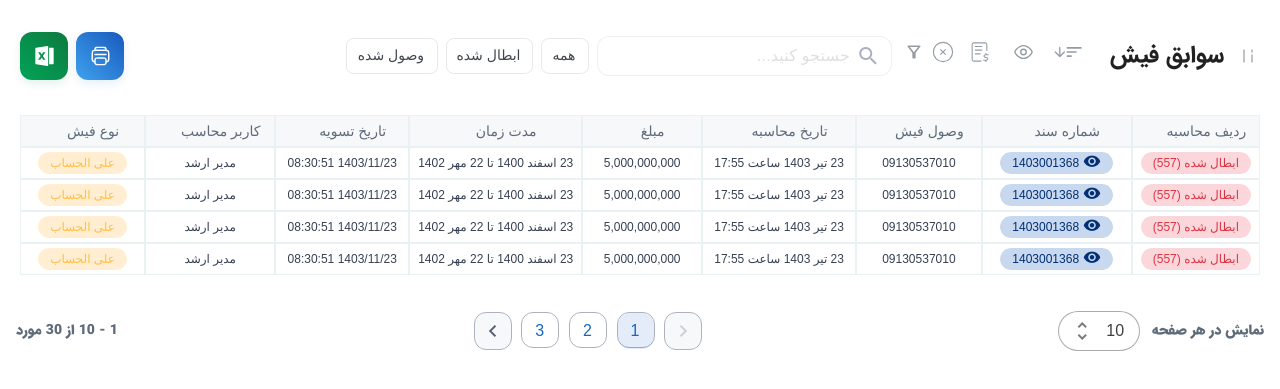
Repository: mobinazarein/data-table
Page: /
An editor plug-in stored every save of this project. The page is shown before and after the next save, followed by the edit.
The browser window is 1280 px wide. The pictures show the whole page.
Some web fonts or font styles are not loaded; a fallback is used. The project was rebuilt for these pictures with package versions that can differ from the ones it lists, and the page was loaded fresh each time. Also part of the build but not shown: vue.config.js.

Above is the page before, as saved 2025-03-26 10:38:37.

### public/index.html
<!DOCTYPE html>
<html lang="en" dir="rtl">
  <head>
    <meta charset="utf-8">
    <meta http-equiv="X-UA-Compatible" content="IE=edge">
    <meta name="viewport" content="width=device-width,initial-scale=1.0">
    <link rel="icon" href="<%= BASE_URL %>favicon.ico">
    <title><%= htmlWebpackPlugin.options.title %></title>
  </head>
  <body>
    <noscript>
      <strong>We're sorry but <%= htmlWebpackPlugin.options.title %> doesn't
        work properly without JavaScript enabled. Please enable it to
        continue.</strong>
    </noscript>
    <div id="app"></div>
    <!-- built files will be auto injected -->
  </body>
</html>

### src/assets/base.scss
// @import "./styles/fonts";

*,
*::before,
*::after {
  box-sizing: border-box;
  margin: 0;
  font-weight: normal;
  font-family: "IRANSans", sans-serif;
  letter-spacing: 0;
}

body {
  font-family: "IRANSans", sans-serif !important;
}
h1,
h2 {
  font-family: "IRANSans", sans-serif;
  font-weight: 700;
}
p {
  font-family: "IRANSans", sans-serif;
  font-weight: 400;
}
.v-field.v-field--center-affix.v-field--prepended.v-field--variant-outlined.v-theme--light.v-locale--is-rtl {
  border-radius: 12px !important;
}

### src/components/DataTable.vue
<template>
  <v-container fluid>
    <!-- desktop -->
    <v-row class="align-center py-3 px-1 d-none d-md-flex" no-gutters>
      <v-col cols="12" md="10" class="d-flex align-center  justify-start">
        <div class="d-flex align-center gap-24 justify-start">
          <div class="d-flex align-center text-nowrap">
            <component :is="iconComponent" />
            <h2 class="mr-3 ml-5 text-nowrap " style="white-space: nowrap;">{{ title }}</h2>
          </div>
          <!-- <PaginationIcon class="mx-1" />
          <EyeIcon class="mx-1" />
          <InvoiceIcon class="mx-1 ml-2" />
          <CircleCross class="mx-1 ml-2" />
          <FilterIcon class="mx-1" /> -->
          <div v-for="(icon, index) in iconList" :key="index">
            <component v-if="icon" :is="icon" class="mx-1" />
          </div>
          <v-text-field v-if="showSearchBtn" variant="outlined" density="compact" hide-details
            class="custom-text-field mx-2" label="جستجو کنید..." prepend-inner-icon="mdi-magnify" width="295.6875px" />
          <!-- <v-btn variant="outlined" color="gray" class="rounded-lg ml-2 filter-btn"
            style="max-width: 48px;min-width: 48px;font-size: 14px !important;">همه</v-btn>
          <v-btn variant="outlined" color="gray" class="ml-2 rounded-lg filter-btn"
            style="max-width: 87px;min-width: 87px;font-size: 14px !important;">ابطال شده</v-btn>
          <v-btn variant="outlined" color="gray" class="ml-2 rounded-lg filter-btn px-3"
            style="max-width: 92px;min-width: 92px;font-size: 14px !important;">وصول شده</v-btn> -->
          <v-btn v-for="(button, index) in buttons" :key="index" variant="outlined" color="gray"
            class="ml-2 rounded-lg filter-btn"
            :style="{ maxWidth: button.width + 'px', minWidth: button.width + 'px', fontSize: button.fontSize, borderRadius: button.borderRadius }">
            {{ button.label }}
          </v-btn>
        </div>
      </v-col>
      <v-col cols="auto" md="2" class="d-flex align-center justify-end" v-if="props.showExportButtons">
        <v-btn icon variant="flat" class="ml-2 printer-btn">
          <PrinterIcon />
        </v-btn>
        <v-btn icon variant="flat" class="excel-btn">
          <ExcelIcon />
        </v-btn>
      </v-col>
    </v-row>
    <!-- mobile-->
    <v-row class="align-center d-flex d-md-none flex-no-wrap justify-between ">
      <v-col cols="12" class="d-flex align-center flex-no-wrap">
        <v-row no-gutters>
          <v-col cols="12">
            <div class="d-flex justify-space-between gap-8">
              <h2 class="text-nowrap " style="font-size: 20px; font-weight: 700;">{{ title }}</h2>
              <div class="d-flex">
                <v-btn variant="outlined"
                  style="max-width: 44px !important;min-width:44px !important;height: 40px !important;font-size: 12px;font-weight: 400;border-radius: 62px !important;"
                  color="gray" class="rounded-xl px-4 ml-2 filter-btn">همه</v-btn>
                <v-btn variant="outlined"
                  style="max-width: 80px !important;min-width:74px !important;height: 40px !important;font-size: 12px;font-weight: 400;border-radius: 42px !important;"
                  color="gray" class="ml-2 rounded-xl px-4 filter-btn">ابطال شده</v-btn>
                <v-btn variant="outlined" color="gray" class=" rounded-xl px-4 filter-btn ml-1"
                  style="max-width: 89px !important;min-width:77px !important;height: 40px !important;font-size: 12px;font-weight: 400;border-radius: 42px !important;">وصول
                  شده</v-btn>
                <!-- <v-btn v-for="(button, index) in buttons" :key="index" variant="outlined" color="gray"
            class="ml-2 rounded-lg filter-btn"
            :style="{ maxWidth: button.width + 'px', minWidth: button.width + 'px', fontSize: button.fontSize, borderRadius: button.borderRadius }">
            {{ button.label }}
          </v-btn> -->
              </div>
            </div>
          </v-col>
        </v-row>
      </v-col>
      <v-col cols="12" class="d-flex justify-center">
        <div class="d-flex flex-column ">
          <div class="gap-8 d-flex justify-space-between flex-wrap">
            <PaginationIcon class="mx-1" />
            <EyeIcon class="mx-1" />
            <InvoiceIcon class="mx-1" />
            <CircleCross class="mx-1 mt-3 mr-3" />
            <FilterIcon class="mx-1 mt-3 mr-3" />
            <PrinterIcon iconColor="#767E8A" class="mx-1 mt-3 mr-3" />
            <ExcelIcon iconColor="#767E8A" class="mx-1 mt-3 mr-3  ml-5" />
          </div>
          <v-text-field width="341px" variant="outlined" hide-details class="custom-text-field mx-2"
            label="جستجو کنید..." prepend-inner-icon="mdi-magnify" v-if="showSearchBtn" />
        </div>
      </v-col>
    </v-row>
    <v-row no-gutters class="px-1">
      <v-col cols="12" md="12" class="mt-5">
        <v-data-table :headers="headers" :items="items" :items-per-page="props.itemsPerPage" hide-default-footer>
          <template v-for="column in props.customStyles" #[`item.${column.key}`]="{ item }" :key="column.key">
            <v-chip
              :style="{ backgroundColor: column.bgColor, color: column.textColor, height: '22px', fontSize: '12px', cursor: column.icon ? 'pointer' : 'default' }"
              class="font-weight-bold">
              <v-icon v-if="column.icon" :color="column.iconColor" :size="column.iconSize" class="ml-1 mb-1">
                {{ column.icon }}
              </v-icon>
              {{ item[column.key] }}
            </v-chip>
          </template>
        </v-data-table>
      </v-col>
    </v-row>
    <v-row class="justify-space-between d-md-none align-center px-1 mt-8 ">
      <div class="d-flex align-center ">
        <p class="footer-text">نمایش در هر صفحه</p>
        <v-select v-model="itemsPerPage" :items="[10, 20, 50]" density="compact" variant="outlined" rounded="pill"
          class="custom-select mr-3" hide-details menu-icon="mdi-unfold-more-horizontal"></v-select>
      </div>
      <div class="footer-middle">
        <span class="footer-text"> {{ startIndex }} - {{ endIndex }} از {{ totalItems }} مورد </span>
      </div>
      <div class="mt-5" style="margin-left: auto; margin-right: auto;">
        <v-pagination v-model="page" :length="totalPages" total-visible="5" rounded density="comfortable"
          color="primary" class="custom-pagination"></v-pagination>
      </div>
    </v-row>
    <v-row class="justify-space-between d-none d-md-flex align-center px-3 mt-8">
      <div class="d-flex align-center ">
        <p class="footer-text">نمایش در هر صفحه</p>
        <v-select v-model="itemsPerPage" :items="[10, 20, 50]" density="compact" variant="outlined" rounded="pill"
          class="custom-select mr-3" hide-details menu-icon="mdi-unfold-more-horizontal"></v-select>
      </div>
      <div class="footer-right">
        <v-pagination v-model="page" :length="totalPages" total-visible="5" rounded density="comfortable"
          color="primary" class="custom-pagination"></v-pagination>
      </div>
      <div class="footer-middle">
        <span class="footer-text"> {{ startIndex }} - {{ endIndex }} از {{ totalItems }} مورد </span>
      </div>
    </v-row>
  </v-container>
</template>
<script setup>
import PaginationIcon from '@/assets/Icons/PaginationIcon.vue';
import EyeIcon from '@/assets/Icons/EyeIcon.vue';
import InvoiceIcon from '@/assets/Icons/InvoiceIcon.vue';
import CircleCross from '@/assets/Icons/CircleCross.vue';
import FilterIcon from '@/assets/Icons/FilterIcon.vue';
import PrinterIcon from '@/assets/Icons/PrinterIcon.vue';
import ExcelIcon from '@/assets/Icons/ExcelIcon.vue';
import { ref, computed } from 'vue';
import { defineProps } from 'vue';
const props = defineProps({
  itemsPerPage: {
    type: Number,
    default: 10,
  },
  showExportButtons: {
    type: Boolean,
    default: true,
  },
  showSearchBtn: {
    type: Boolean,
    default: true
  },
  customStyles: { type: Array, default: () => [] },
  customIcon: { type: Array, default: () => [] },
  headers: { type: Array, required: true },
  items: { type: Array, required: true },
  title: {
    type: String,
    required: true
  },
  iconComponent: {
    type: [String, Object],
    required: true
  },
  iconList: {
    type: Array,
    required: true
  },
  buttons: {
    type: Array,
    required: true,
    default: () => [
      { label: "همه", width: 48 },
      { label: "ابطال شده", width: 87 },
      { label: "وصول شده", width: 92 }
    ]
  }
});
const page = ref(1);
const totalItems = ref(30);
const itemsPerPage = ref(props.itemsPerPage);
const totalPages = computed(() => Math.ceil(totalItems.value / itemsPerPage.value));
const startIndex = computed(() => (page.value - 1) * itemsPerPage.value + 1);
const endIndex = computed(() => Math.min(page.value * itemsPerPage.value, totalItems.value));
</script>
<style>
.custom-text-field :deep(.v-input__control) {
  height: 38px;
}

.excel-btn {
  background: linear-gradient(45deg, #02A357, #0D7A40) !important;
  color: white !important;
  border-radius: 12px !important;
  box-shadow: 0px 4px 10px #0A88481A !important;
  width: 48px !important;
  height: 48px !important;
}

.printer-btn {
  border-radius: 12px !important;
  box-shadow: 0px 4px 10px #216BCA1A !important;
  background: linear-gradient(45deg, #3FA2ED, #1859BD) !important;
  color: white !important;
  width: 48px !important;
  height: 48px !important;
}

.filter-btn:hover,
.filter-btn:focus,
.filter-btn.v-btn--active {
  background-color: #B8DADA !important;
  color: #148976 !important;
  border-color: #148976 !important;
}

.v-field__prepend-inner {
  color: #737993;
}

label.v-label.v-field-label {
  color: #C7CACF;
}

.v-field.v-field--center-affix.v-field--prepended.v-field--variant-outlined.v-theme--light.v-locale--is-rtl {
  color: #77787f4d;
}

.filter-btn {
  border-color: #AEB2C04D !important;
  color: #40474F !important;
  line-height: 180% !important;
  padding: 0px 12px !important;
}

/* .v-table__wrapper {
  overflow: hidden;
} */
.v-data-table thead {
  background-color: #F6F8FA !important;
  width: 138.41665649414062px;
  height: 32px !important;
}

.v-data-table thead th {
  height: 32px !important;
  color: #5F6B7A !important;
  font-weight: 700 !important;
  border: 1px solid #EAF1F2 !important;
  padding: 0 8px !important;
}

.v-data-table tbody tr td {
  height: 32px !important;
  color: #364153 !important;
  font-weight: 500 !important;
  border: 1px solid #EAF1F2 !important;
  white-space: nowrap !important;
  overflow: hidden !important;
  text-overflow: ellipsis !important;
  height: 32px !important;
  padding: 0 8px !important;
  font-size: 12px !important;
  padding: 0 8px !important;
  font-weight: 400 !important;
}

.v-data-table tbody tr {
  height: 32px !important;
}

td.v-data-table__td.v-data-table-column--align-center {
  font-size: 12px !important;
  height: 32px !important
}

th {
  white-space: nowrap;
}

.footer-text {
  color: #5F6B7A;
  font-size: 14px;
  font-weight: 500;
}

.custom-select {
  max-width: 90px;
}

.custom-pagination {
  --v-pagination-height: 40px;
}

.custom-pagination .v-pagination__item {
  border-radius: 12px !important;
  min-width: 36px !important;
  height: 36px !important;
  font-size: 14px !important;
  color: #5B6176 !important;
  border: 1px solid #AEB2C0 !important;
}

.custom-pagination .v-pagination__item--active {
  border-radius: 12px !important;
  min-width: 36px !important;
  height: 36px !important;
  background-color: #B8DADA !important;
  color: #148976 !important;
  border: 1px solid #148976 !important;
  font-weight: bold !important;
  box-shadow: none !important;
}

button.v-btn.v-btn--icon.v-theme--light.text-primary.v-btn--density-comfortable.v-btn--rounded.v-btn--size-default.v-btn--variant-text {
  border-radius: 12px !important;
}

.custom-pagination .v-pagination__prev,
.custom-pagination .v-pagination__next {
  border-radius: 12px !important;
  background-color: #F6F8FA !important;
  color: #5B6176 !important;
  border: 1px solid #AEB2C0 !important;
}

.mdi-chevron-right::before {
  color: #5B6176 !important;
}

.mdi-chevron-left::before {
  color: #5B6176 !important;
}

.custom-pagination .v-pagination__prev:hover,
.custom-pagination .v-pagination__next:hover,
.custom-pagination .v-pagination__prev:focus,
.custom-pagination .v-pagination__next:focus,
.custom-pagination .v-pagination__prev.v-pagination__item--active,
.custom-pagination .v-pagination__next.v-pagination__item--active {
  border: 1px solid #148976 !important;
  color: #148976 !important;
}

.custom-pagination .v-pagination__item--active,
.custom-pagination .v-pagination__item:focus {
  border-radius: 12px !important;
  min-width: 36px !important;
  height: 36px !important;
  background-color: #D8EEF2 !important;
  color: #148976 !important;
  border: 1px solid #148976 !important;
  font-weight: bold !important;
}

.custom-pagination .v-pagination__item:hover {
  border: 1px solid #148976 !important;
  color: #148976 !important;
}

.custom-pagination .v-pagination__prev:hover,
.custom-pagination .v-pagination__next:hover {
  border: 1px solid #148976 !important;
  color: #148976 !important;
}

.footer-middle {
  font-size: 14px;
  color: #5F6B7A;
  font-weight: 500;
}
</style>

### src/assets/Icons/PauseIcon.vue
<template>
    <svg width="24" height="24" viewBox="0 0 24 24" fill="none" xmlns="http://www.w3.org/2000/svg">
        <path d="M8 6V18M16 6V8M16 18V11" stroke="#ADB0B4" stroke-width="1.5" stroke-linecap="round"
            stroke-linejoin="round" />
    </svg>
</template>

### src/assets/Icons/PaginationIcon.vue
<template>
    <svg width="36" height="48" viewBox="0 0 36 48" fill="none" xmlns="http://www.w3.org/2000/svg">
<path d="M9.79481 19.4529V28.5469M9.79481 28.5469L14.3418 23.9999M9.79481 28.5469L5.2478 23.9999" stroke="#969CA6" stroke-width="1.29915" stroke-linecap="round" stroke-linejoin="round"/>
<path d="M16.7693 28.9231H21.6924V27.282H16.7693V28.9231ZM16.7693 19.0769V20.7179H31.5385V19.0769H16.7693ZM16.7693 24.8205H26.6154V23.1795H16.7693V24.8205Z" fill="#969CA6"/>
</svg>
</template>

### src/assets/Icons/EyeIcon.vue
<template>
    <svg width="37" height="48" viewBox="0 0 37 48" fill="none" xmlns="http://www.w3.org/2000/svg">
<path d="M18.5 17.5833C21.4713 17.5833 24.0781 19.7396 25.7446 21.5522C26.4843 22.3568 26.8542 22.7591 26.979 23.5925C27.0096 23.7966 27.0096 24.2033 26.979 24.4073C26.8542 25.2407 26.4843 25.643 25.7446 26.4477C24.0781 28.2603 21.4713 30.4166 18.5 30.4166C15.5288 30.4166 12.922 28.2603 11.2555 26.4477C10.5158 25.643 10.1459 25.2407 10.0211 24.4073C9.99049 24.2033 9.99049 23.7966 10.0211 23.5925C10.1459 22.7591 10.5158 22.3568 11.2555 21.5522C12.922 19.7396 15.5288 17.5833 18.5 17.5833Z" stroke="#969CA6" stroke-width="1.375" stroke-linejoin="round"/>
<path d="M21.25 24C21.25 25.5188 20.0188 26.75 18.5 26.75C16.9812 26.75 15.75 25.5188 15.75 24C15.75 22.4812 16.9812 21.25 18.5 21.25C20.0188 21.25 21.25 22.4812 21.25 24Z" stroke="#969CA6" stroke-width="1.375" stroke-linejoin="round"/>
</svg>
</template>

### src/assets/Icons/InvoiceIcon.vue
<template>
    <svg width="35" height="48" viewBox="0 0 35 48" fill="none" xmlns="http://www.w3.org/2000/svg">
<path d="M26.6666 26.1999H23.9166V27.2999H26.6666V26.1999ZM23.9166 26.1999H23.4583V27.2999H23.9166V26.1999ZM23.4583 30.0499H24.375V28.9499H23.4583V30.0499ZM24.375 31.6999H23.9166V32.7999H24.375V31.6999ZM23.9166 31.6999H21.1666V32.7999H23.9166V31.6999ZM25.2 30.8749C25.2 31.3306 24.8306 31.6999 24.375 31.6999V32.7999C25.4381 32.7999 26.3 31.9381 26.3 30.8749H25.2ZM24.375 30.0499C24.8306 30.0499 25.2 30.4193 25.2 30.8749H26.3C26.3 29.8118 25.4381 28.9499 24.375 28.9499V30.0499ZM21.5333 28.1249C21.5333 29.1881 22.3951 30.0499 23.4583 30.0499V28.9499C23.0027 28.9499 22.6333 28.5806 22.6333 28.1249H21.5333ZM23.4583 26.1999C22.3951 26.1999 21.5333 27.0618 21.5333 28.1249H22.6333C22.6333 27.6693 23.0027 27.2999 23.4583 27.2999V26.1999ZM24.4666 26.7499V24.9166H23.3666V26.7499H24.4666ZM23.3666 32.2499V34.0833H24.4666V32.2499H23.3666ZM13.8333 15.3833H21.1666V14.2833H13.8333V15.3833ZM19.3333 32.6166H13.8333V33.7166H19.3333V32.6166ZM10.7166 29.4999V18.4999H9.61663V29.4999H10.7166ZM13.8333 32.6166C12.9535 32.6166 12.349 32.6154 11.8949 32.5544C11.4567 32.4954 11.2418 32.39 11.0925 32.2407L10.3147 33.0185C10.7024 33.4062 11.1881 33.5692 11.7483 33.6446C12.2928 33.7178 12.9846 33.7166 13.8333 33.7166V32.6166ZM9.61663 29.4999C9.61663 30.3486 9.61546 31.0405 9.68865 31.5849C9.76397 32.1451 9.92698 32.6308 10.3147 33.0185L11.0925 32.2407C10.9432 32.0914 10.8378 31.8766 10.7788 31.4383C10.7178 30.9842 10.7166 30.3797 10.7166 29.4999H9.61663ZM21.1666 15.3833C22.0464 15.3833 22.6509 15.3844 23.105 15.4455C23.5433 15.5044 23.7582 15.6099 23.9074 15.7591L24.6852 14.9813C24.2975 14.5936 23.8118 14.4306 23.2516 14.3553C22.7072 14.2821 22.0153 14.2833 21.1666 14.2833V15.3833ZM25.3833 18.4999C25.3833 17.6512 25.3845 16.9594 25.3113 16.415C25.2359 15.8547 25.0729 15.369 24.6852 14.9813L23.9074 15.7591C24.0567 15.9084 24.1622 16.1233 24.2211 16.5615C24.2821 17.0156 24.2833 17.6201 24.2833 18.4999H25.3833ZM13.8333 14.2833C12.9846 14.2833 12.2928 14.2821 11.7483 14.3553C11.1881 14.4306 10.7024 14.5936 10.3147 14.9813L11.0925 15.7591C11.2418 15.6099 11.4567 15.5044 11.8949 15.4455C12.349 15.3844 12.9535 15.3833 13.8333 15.3833V14.2833ZM10.7166 18.4999C10.7166 17.6201 10.7178 17.0156 10.7788 16.5615C10.8378 16.1233 10.9432 15.9084 11.0925 15.7591L10.3147 14.9813C9.92698 15.369 9.76397 15.8547 9.68865 16.415C9.61546 16.9594 9.61663 17.6512 9.61663 18.4999H10.7166ZM24.2833 18.4999V23.0833H25.3833V18.4999H24.2833ZM12.9166 19.0499H20.25V17.9499H12.9166V19.0499ZM12.9166 22.7166H20.25V21.6166H12.9166V22.7166ZM12.9166 26.3833H18.4166V25.2833H12.9166V26.3833Z" fill="#969CA6"/>
</svg>
</template>

### src/assets/Icons/CircleCross.vue
<template>
    <svg width="22" height="22" viewBox="0 0 21 20" fill="none" xmlns="http://www.w3.org/2000/svg">
        <path
            d="M7.90736 7.40719L13.0928 12.5926M13.0927 7.40719L7.90726 12.5926M19.6667 9.99992C19.6667 15.0625 15.5627 19.1666 10.5 19.1666C5.43743 19.1666 1.33337 15.0625 1.33337 9.99992C1.33337 4.93731 5.43743 0.833252 10.5 0.833252C15.5627 0.833252 19.6667 4.93731 19.6667 9.99992Z"
            stroke="#969CA6" stroke-width="1.1" />
    </svg>
</template>

### src/assets/Icons/FilterIcon.vue
<template>
    <svg width="20" height="20" viewBox="0 0 20 20" fill="none" xmlns="http://www.w3.org/2000/svg">
<path d="M5.90159 5.07682H14.1067L9.99595 10.246L5.90159 5.07682ZM3.64518 4.75682C5.30262 6.88194 8.36313 10.8204 8.36313 10.8204V15.7435C8.36313 16.1948 8.73236 16.564 9.18364 16.564H10.8247C11.276 16.564 11.6452 16.1948 11.6452 15.7435V10.8204C11.6452 10.8204 14.6975 6.88194 16.3549 4.75682C16.7734 4.21528 16.3877 3.43579 15.7067 3.43579H4.29339C3.61236 3.43579 3.22672 4.21528 3.64518 4.75682Z" fill="#969CA6"/>
</svg>
</template>

### src/assets/styles/_fonts.scss
@font-face {
  font-family: "IRANSans";
  src: url("/public/fonts/IRANSans.woff2") format("woff2");
  font-weight: 400;
  font-style: normal;
  font-display: swap;
}

@font-face {
  font-family: "IRANSans";
  src: url("/public/fonts/IRANSans_Black.woff2") format("woff2");
  font-weight: 500;
  font-style: normal;
  font-display: swap;
}

@font-face {
  font-family: "IRANSans";
  src: url("/public/fonts/IRANSans_Bold.woff2") format("woff2");
  font-weight: 800;
  font-style: normal;
  font-display: swap;
}

### src/assets/Icons/PrinterIcon.vue
<template>
    <svg
      width="23"
      height="24"
      viewBox="0 0 23 24"
      fill="none"
      xmlns="http://www.w3.org/2000/svg"
      :style="{ color: iconColor }"
    >
      <path
        d="M6 10.5641H17M6 17.7447V17.7447C5.66891 17.7447 5.50337 17.7447 5.36418 17.7283C4.26359 17.599 3.39569 16.7311 3.26636 15.6305C3.25 15.4913 3.25 15.3257 3.25 14.9947V10.5641C3.25 8.76909 3.25 7.87158 3.70712 7.24241C3.85475 7.03921 4.03345 6.86052 4.23664 6.71289C4.86582 6.25577 5.76332 6.25577 7.55833 6.25577H15.4417C17.2367 6.25577 18.1342 6.25577 18.7634 6.71289C18.9666 6.86052 19.1452 7.03921 19.2929 7.24241C19.75 7.87158 19.75 8.76909 19.75 10.5641V14.9947C19.75 15.3257 19.75 15.4913 19.7336 15.6305C19.6043 16.7311 18.7364 17.599 17.6358 17.7283C17.4966 17.7447 17.3311 17.7447 17 17.7447V17.7447M6 17.7447V17.7447C6 18.6368 6 19.0829 6.14576 19.4348C6.3401 19.904 6.71286 20.2768 7.18205 20.4711C7.53393 20.6169 7.98003 20.6169 8.87222 20.6169H14.1278C15.02 20.6169 15.4661 20.6169 15.818 20.4711C16.2871 20.2768 16.6599 19.904 16.8542 19.4348C17 19.0829 17 18.6368 17 17.7447V17.7447M6 17.7447V17.3617C6 15.9257 6 15.2077 6.3657 14.7043C6.4838 14.5418 6.62676 14.3988 6.78931 14.2807C7.29265 13.915 8.01066 13.915 9.44667 13.915H13.5533C14.9893 13.915 15.7073 13.915 16.2107 14.2807C16.3732 14.3988 16.5162 14.5418 16.6343 14.7043C17 15.2077 17 15.9257 17 17.3617V17.7447M17 6.25577V6.25577C17 5.36358 17 4.91748 16.8542 4.56559C16.6599 4.09641 16.2871 3.72364 15.818 3.5293C15.4661 3.38354 15.02 3.38354 14.1278 3.38354H8.87222C7.98003 3.38354 7.53393 3.38354 7.18205 3.5293C6.71286 3.72364 6.3401 4.09641 6.14576 4.56559C6 4.91748 6 5.36358 6 6.25577V6.25577H17Z"
        stroke="currentColor"
        stroke-width="1.43611"
        stroke-linecap="round"
        stroke-linejoin="round"
      />
    </svg>
  </template>

  <script setup>
  import { defineProps } from 'vue';

  defineProps({
    iconColor: {
      type: String,
      default: 'white',
    },
  });
  </script>

### src/assets/Icons/ExcelIcon.vue
<template>
    <svg
      width="23"
      height="22"
      viewBox="0 0 23 22"
      fill="none"
      xmlns="http://www.w3.org/2000/svg"
      :style="{ color: iconColor }"
    >
      <g clip-path="url(#clip0_397_6997)">
        <path
          d="M3.12085 2.63712L14.6434 0.991705C14.7084 0.982376 14.7747 0.987136 14.8377 1.00566C14.9007 1.02419 14.959 1.05604 15.0087 1.09908C15.0583 1.14211 15.0981 1.19531 15.1254 1.25507C15.1527 1.31483 15.1668 1.37976 15.1668 1.44546V20.5543C15.1668 20.6199 15.1527 20.6847 15.1254 20.7444C15.0982 20.8041 15.0585 20.8573 15.009 20.9003C14.9594 20.9433 14.9012 20.9752 14.8383 20.9938C14.7754 21.0124 14.7092 21.0172 14.6443 21.008L3.11994 19.3626C2.90142 19.3315 2.70147 19.2226 2.55682 19.0559C2.41216 18.8892 2.33252 18.6758 2.33252 18.4551V3.54462C2.33252 3.3239 2.41216 3.11059 2.55682 2.94388C2.70147 2.77716 2.90234 2.66824 3.12085 2.63712ZM16.0834 2.74987H19.7501C19.9932 2.74987 20.2264 2.84645 20.3983 3.01836C20.5702 3.19027 20.6668 3.42342 20.6668 3.66654V18.3332C20.6668 18.5763 20.5702 18.8095 20.3983 18.9814C20.2264 19.1533 19.9932 19.2499 19.7501 19.2499H16.0834V2.74987ZM9.8501 10.9999L12.4168 7.33321H10.2168L8.7501 9.42871L7.28344 7.33321H5.08344L7.6501 10.9999L5.08344 14.6665H7.28344L8.7501 12.571L10.2168 14.6665H12.4168L9.8501 10.9999Z"
          fill="currentColor"
        />
      </g>
      <defs>
        <clipPath id="clip0_397_6997">
          <rect width="22" height="22" fill="white" transform="translate(0.5)" />
        </clipPath>
      </defs>
    </svg>
  </template>

  <script setup>
  import { defineProps } from 'vue';

  defineProps({
    iconColor: {
      type: String,
      default: 'white',
    },
  });
  </script>

Loaded but not shown: src/plugins/vuetify.js (17 lines, source omitted); src/main.js (9 lines, source omitted); src/App.vue (94 lines, source omitted)

After the next save:
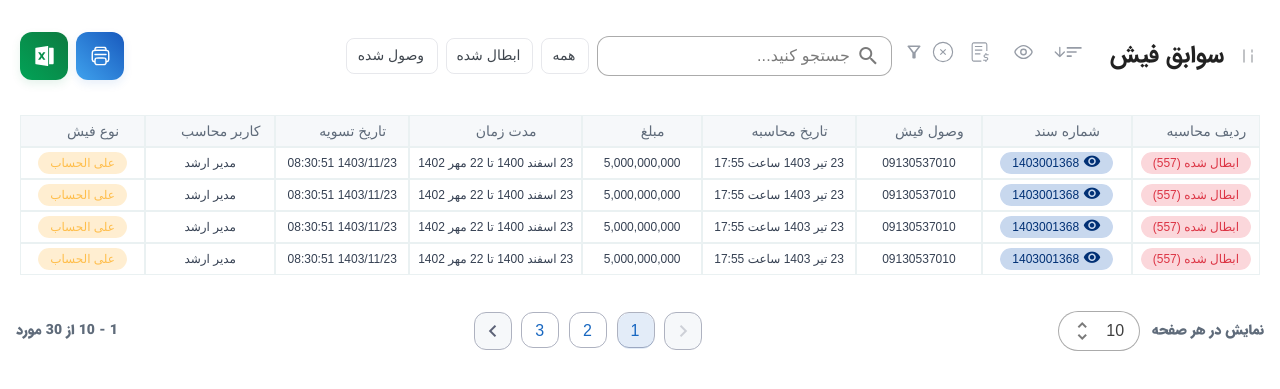
Saved 35 s later.
--- a/src/components/DataTable.vue
+++ b/src/components/DataTable.vue
@@ -216,18 +216,6 @@ const endIndex = computed(() => Math.min(page.value * itemsPerPage.value, totalI
   border-color: #148976 !important;
 }
 
-.v-field__prepend-inner {
-  color: #737993;
-}
-
-label.v-label.v-field-label {
-  color: #C7CACF;
-}
-
-.v-field.v-field--center-affix.v-field--prepended.v-field--variant-outlined.v-theme--light.v-locale--is-rtl {
-  color: #77787f4d;
-}
-
 .filter-btn {
   border-color: #AEB2C04D !important;
   color: #40474F !important;

After the save that followed:
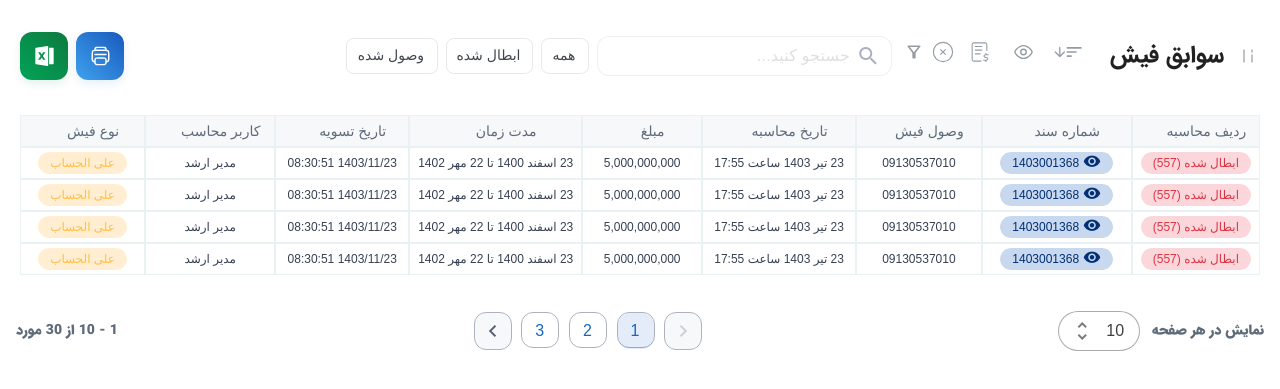
Saved 3 s later.
--- a/src/assets/base.scss
+++ b/src/assets/base.scss
@@ -25,3 +25,14 @@ p {
 .v-field.v-field--center-affix.v-field--prepended.v-field--variant-outlined.v-theme--light.v-locale--is-rtl {
   border-radius: 12px !important;
 }
+.v-field__prepend-inner {
+  color: #737993;
+}
+
+label.v-label.v-field-label {
+  color: #c7cacf;
+}
+
+.v-field.v-field--center-affix.v-field--prepended.v-field--variant-outlined.v-theme--light.v-locale--is-rtl {
+  color: #77787f4d;
+}
